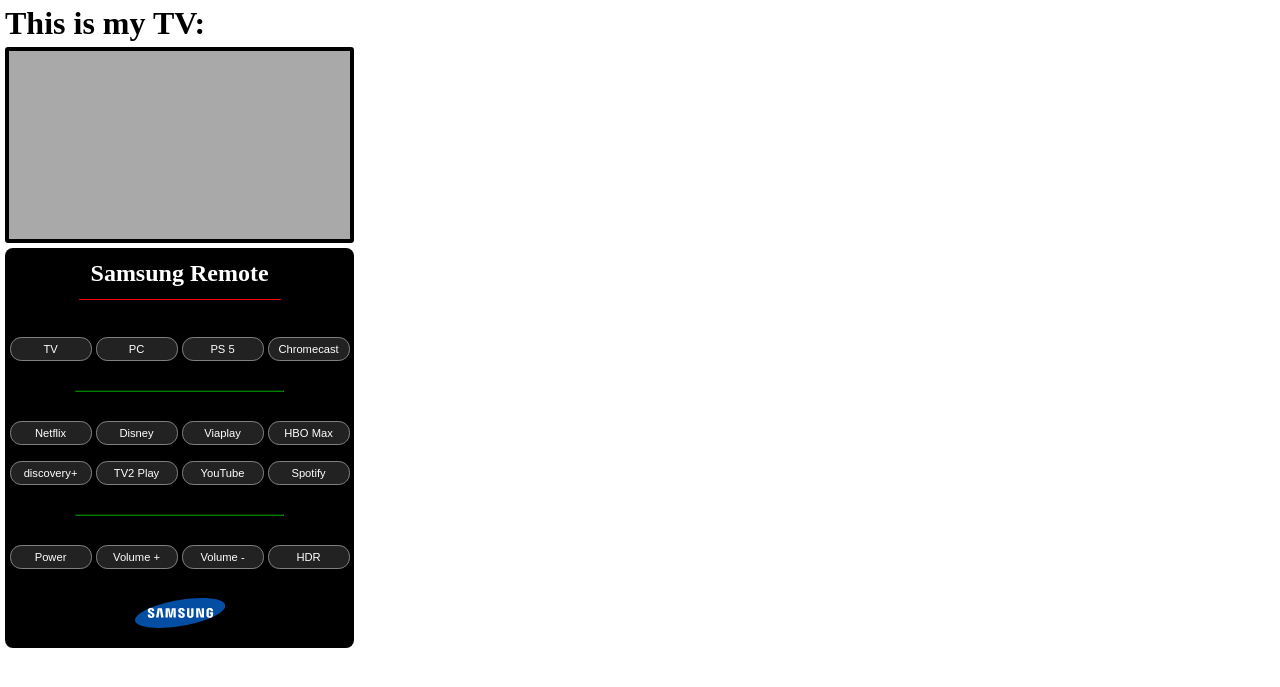
Repository: NoroffFEU/programming-foundations-ca-runeunhjem
Page: index.html
An editor plug-in stored every save of this project. The page is shown before and after the next save, followed by the edit.
The browser window is 1280 px wide. The pictures show the whole page.
The style sheet was rebuilt from its Sass, Less or Tailwind sources for each picture, by a compiler version that may differ from the author's.

Above is the page before, as saved 2023-01-13 14:36:54.
Console error: SyntaxError: Unexpected identifier 'iframe'

After the next save:
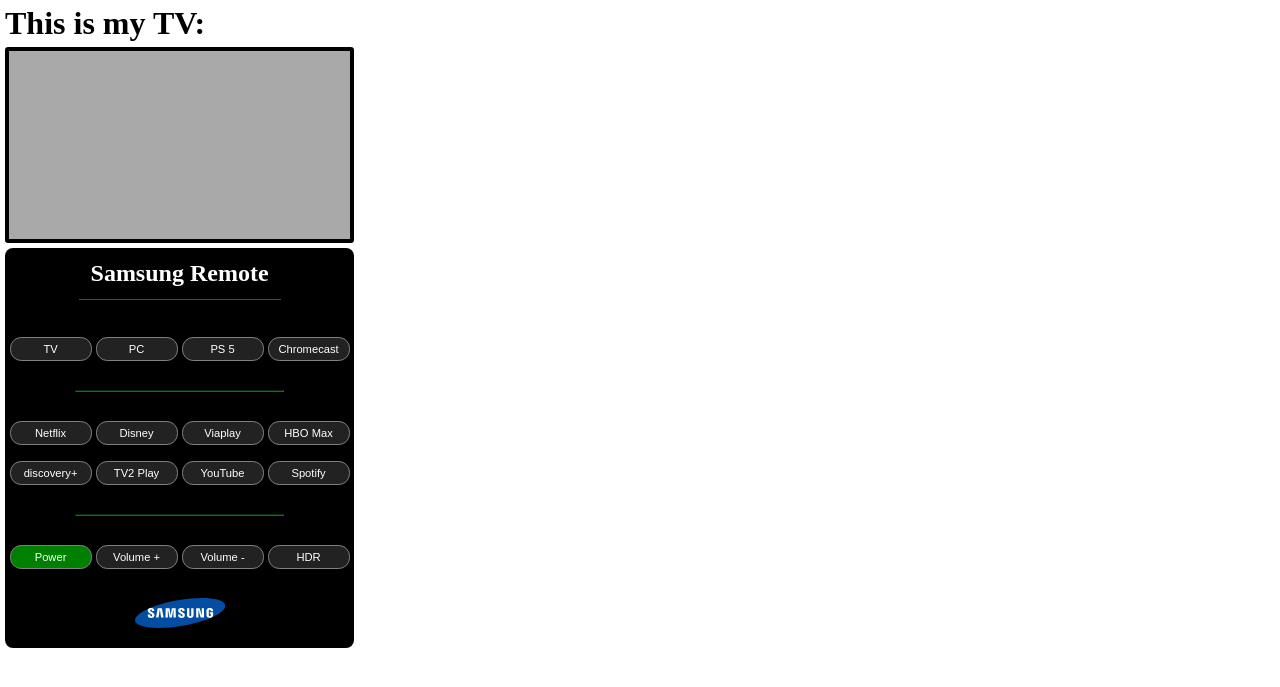
The error is gone.
Saved 19 s later.
--- a/js/optional.js
+++ b/js/optional.js
@@ -44,7 +44,7 @@
 tvButton.onclick = function color() {
   tvButton.style.backgroundColor = "#CDCDCD";
   tvButton.style.color = "#000";
-  tv__inside.innerHTML = "<iframe id="iframe" title="TV Content" width="300" height="200" src="https://www.openstreetmap.org/export/embed.html?bbox=-0.004017949104309083%2C51.47612752641776%2C0.00030577182769775396%2C51.478569861898606&layer=mapnik"></iframe>";
+  // tv__inside.innerHTML = "<iframe id="iframe" title="TV Content" width="300" height="200" src="https://www.openstreetmap.org/export/embed.html?bbox=-0.004017949104309083%2C51.47612752641776%2C0.00030577182769775396%2C51.478569861898606&layer=mapnik"></iframe>";
   console.log(iframe);
 }
 // tvButton.onclick = function activeButton() {
